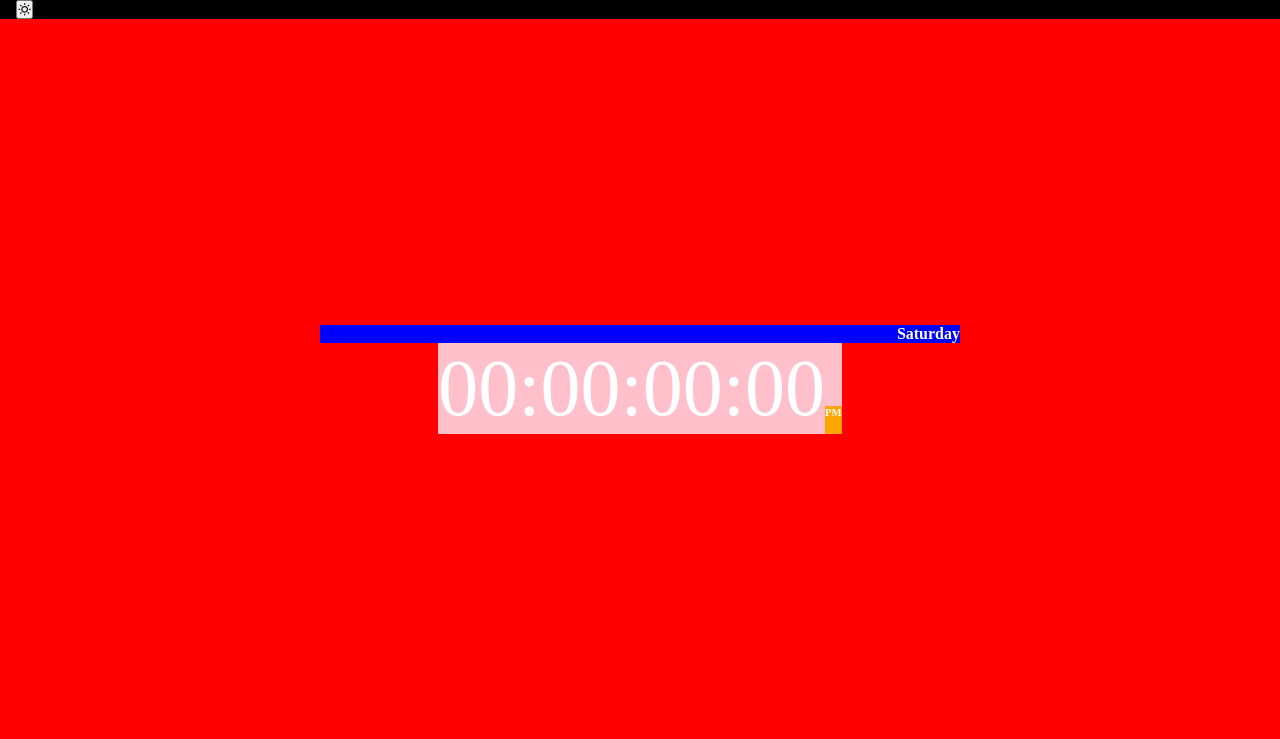
Repository: EguJaredoBoyd/Jared-Digital-Clock
Page: index.html
The author's editor kept a copy of each file at every save. The page is drawn from the files as they stood at one save, then again after the next save.
The browser window is 1280 px wide. The pictures show the whole page.
Some web libraries are served in a nearby version.

Above is the page before, as saved 2026-01-03 23:33:41.

After the next save:
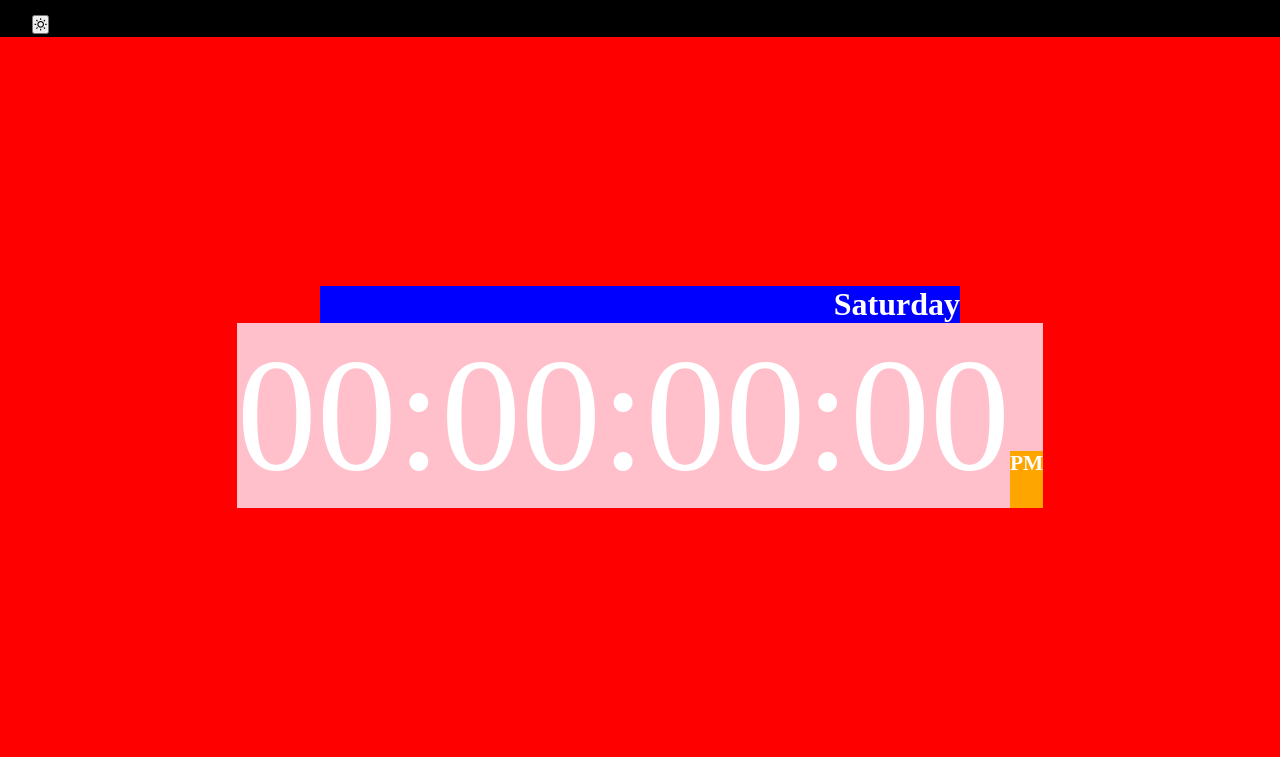
Saved 8 s later.
--- a/css/styles.css
+++ b/css/styles.css
@@ -4,7 +4,7 @@
 }
 
 html {
-  font-size: 16px;
+  font-size: 32px;
 }
 
 body {

After the save that followed:
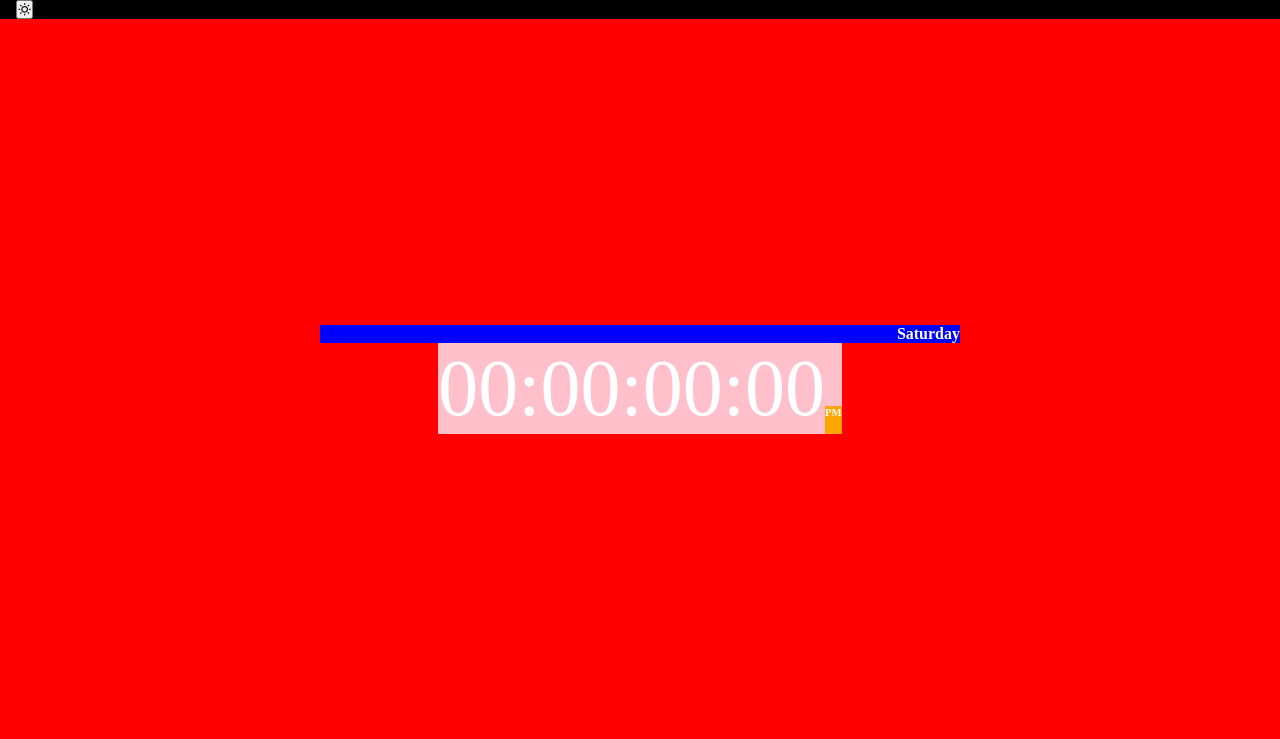
Saved 7 s later.
--- a/css/styles.css
+++ b/css/styles.css
@@ -4,7 +4,7 @@
 }
 
 html {
-  font-size: 32px;
+  font-size: 16px;
 }
 
 body {
